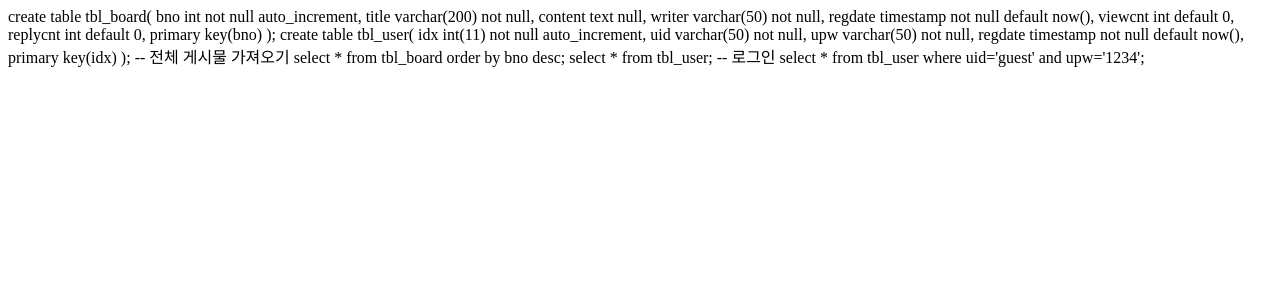
Repository: yejin-yun/server_script_game
Page: http://localhost/model1/
These files come from the project's save history. The page is drawn as it stood at one moment and after the next save; the edit follows.
The browser window is 1280 px wide. The pictures show the whole page.
The page is served by Tomcat 9.

Above is the page before, as saved 2020-02-13 16:13:56.

After the next save:
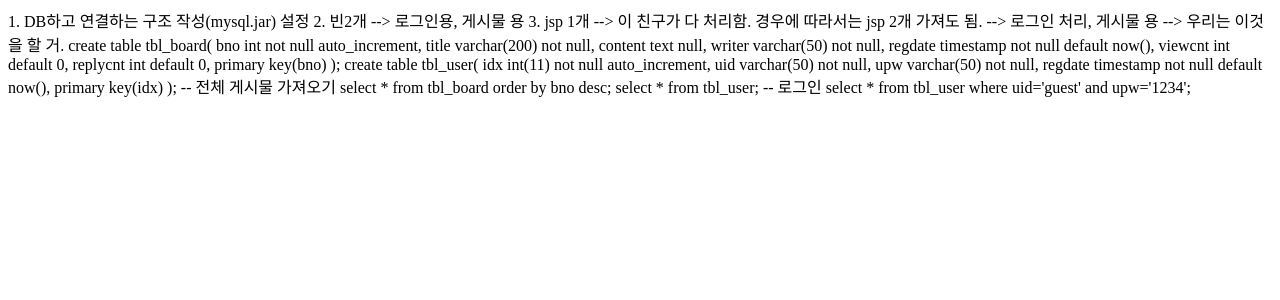
Saved 2 min 4 s later.
--- a/Servlet_JSP/model1/WebContent/index.jsp
+++ b/Servlet_JSP/model1/WebContent/index.jsp
@@ -1,5 +1,12 @@
 <%@ page language="java" contentType="text/html; charset=UTF-8"
     pageEncoding="UTF-8"%>
+<!-- 해야할 것 -->
+1. DB하고 연결하는 구조 작성(mysql.jar) 설정
+2. 빈2개 --> 로그인용, 게시물 용
+3. jsp 1개 --> 이 친구가 다 처리함.
+경우에 따라서는 jsp 2개 가져도 됨. --> 로그인 처리, 게시물 용 --> 우리는 이것을 할 거.
+
+
 create table tbl_board(
 	bno int not null auto_increment,
 	title varchar(200) not null,
